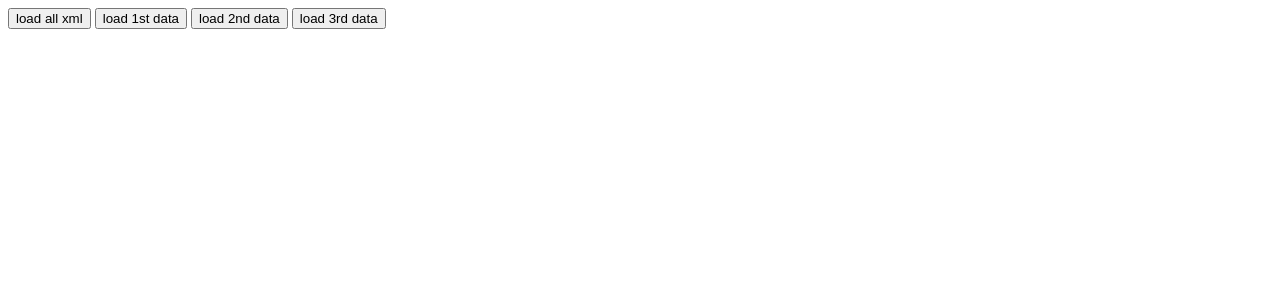
Repository: bluegony/spring_study
Page: jquerytest/src/main/webapp/loadxml.html
These files come from the project's save history. The page is drawn as it stood at one moment and after the next save; the edit follows.
The browser window is 1280 px wide. The pictures show the whole page.
After loading, the first visible `#loadAll` was clicked once.
Some web libraries are served in a nearby version.

Above is the page before, as saved 2013-09-05 02:47:34.

After the next save:
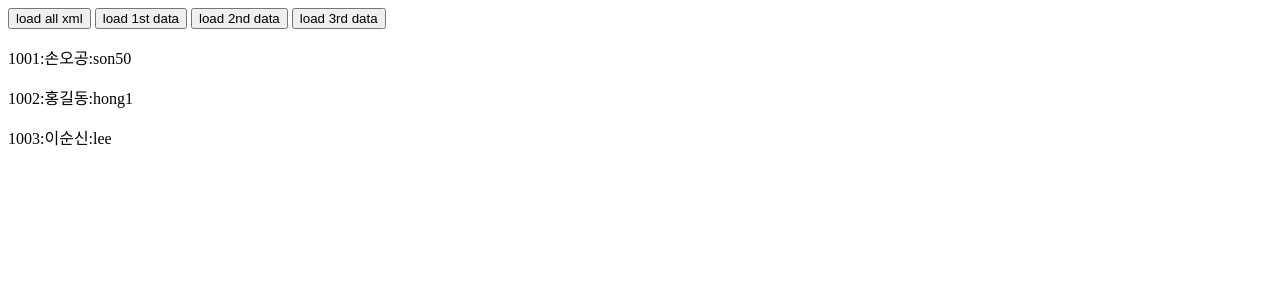
Saved 14 s later.
--- a/jquerytest/src/main/webapp/loadxml.html
+++ b/jquerytest/src/main/webapp/loadxml.html
@@ -52,7 +52,7 @@
 			id=$("id",this).text();
 			realname=$("realname",this).text();
 			username=$("username",this).text();
-			$('disp').append("<p>" + id + ":"+realname+":"+username+"</p>");
+			$('#disp').append("<p>" + id + ":"+realname+":"+username+"</p>");
 		});
 
 	}

After the save that followed:
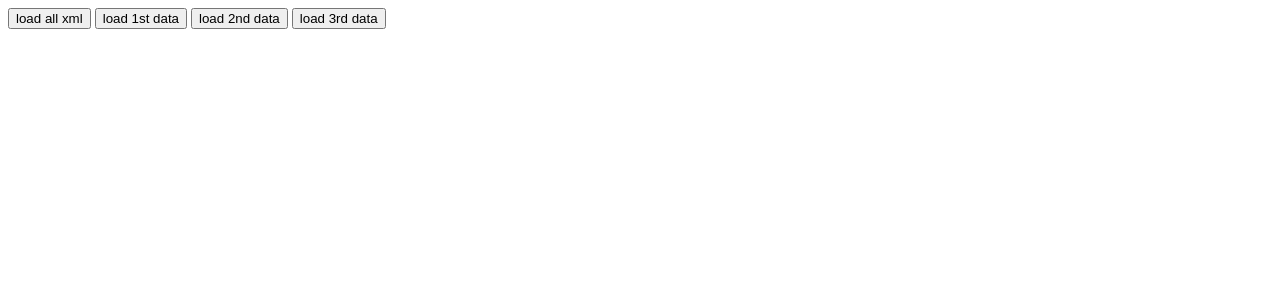
Console error: TypeError: p.appendTo is not a function
Saved 63 s later.
--- a/jquerytest/src/main/webapp/loadxml.html
+++ b/jquerytest/src/main/webapp/loadxml.html
@@ -52,7 +52,9 @@
 			id=$("id",this).text();
 			realname=$("realname",this).text();
 			username=$("username",this).text();
-			$('#disp').append("<p>" + id + ":"+realname+":"+username+"</p>");
+			//$('#disp').append("<p>" + id + ":"+realname+":"+username+"</p>");
+			p = "<p>" + id + ":"+realname+":"+username+"</p>";
+			p.appendTo('#disp');
 		});
 
 	}
